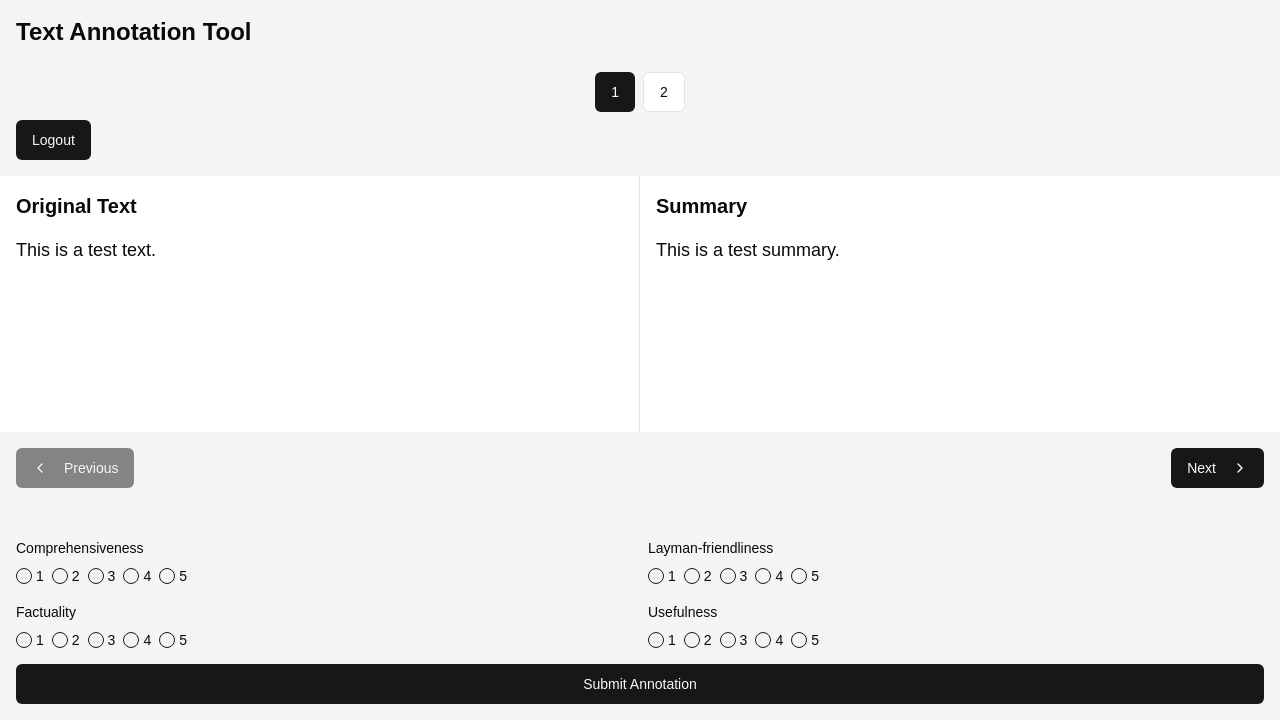
Repository: swapnil-panigrahi/annotator-group
Page: /annotate
The author's editor kept a copy of each file at every save. The page is drawn from the files as they stood at one save, then again after the next save.
The browser window is 1280 px wide. The pictures show the whole page.
The page's requests for data from a server got no answer. The project was rebuilt for these pictures with package versions that can differ from the ones it lists, and the page was loaded fresh each time. The framework's server and built-in components were replaced by stand-ins that run in the browser. No one was signed in, and anything a server would have sent is missing. Also part of the build but not shown: next.config.mjs.

Above is the page before, as saved 2025-02-07 22:03:49.

### app/layout.tsx
import type { Metadata } from 'next'
import './globals.css'

export const metadata: Metadata = {
  title: 'Annotator',
  description: '',
}

export default function RootLayout({
  children,
}: Readonly<{
  children: React.ReactNode
}>) {
  return (
    <html lang="en">
      <body>{children}</body>
    </html>
  )
}

### components/ui/progress.tsx
"use client"

import * as React from "react"
import * as ProgressPrimitive from "@radix-ui/react-progress"

import { cn } from "@/lib/utils"

const Progress = React.forwardRef<
  React.ElementRef<typeof ProgressPrimitive.Root>,
  React.ComponentPropsWithoutRef<typeof ProgressPrimitive.Root>
>(({ className, value, ...props }, ref) => (
  <ProgressPrimitive.Root
    ref={ref}
    className={cn(
      "relative h-4 w-full overflow-hidden rounded-full bg-secondary",
      className
    )}
    {...props}
  >
    <ProgressPrimitive.Indicator
      className="h-full w-full flex-1 bg-primary transition-all"
      style={{ transform: `translateX(-${100 - (value || 0)}%)` }}
    />
  </ProgressPrimitive.Root>
))
Progress.displayName = ProgressPrimitive.Root.displayName

export { Progress }

### components/ui/button.tsx
import * as React from "react"
import { Slot } from "@radix-ui/react-slot"
import { cva, type VariantProps } from "class-variance-authority"

import { cn } from "@/lib/utils"

const buttonVariants = cva(
  "inline-flex items-center justify-center gap-2 whitespace-nowrap rounded-md text-sm font-medium ring-offset-background transition-colors focus-visible:outline-none focus-visible:ring-2 focus-visible:ring-ring focus-visible:ring-offset-2 disabled:pointer-events-none disabled:opacity-50 [&_svg]:pointer-events-none [&_svg]:size-4 [&_svg]:shrink-0",
  {
    variants: {
      variant: {
        default: "bg-primary text-primary-foreground hover:bg-primary/90",
        destructive:
          "bg-destructive text-destructive-foreground hover:bg-destructive/90",
        outline:
          "border border-input bg-background hover:bg-accent hover:text-accent-foreground",
        secondary:
          "bg-secondary text-secondary-foreground hover:bg-secondary/80",
        ghost: "hover:bg-accent hover:text-accent-foreground",
        link: "text-primary underline-offset-4 hover:underline",
      },
      size: {
        default: "h-10 px-4 py-2",
        sm: "h-9 rounded-md px-3",
        lg: "h-11 rounded-md px-8",
        icon: "h-10 w-10",
      },
    },
    defaultVariants: {
      variant: "default",
      size: "default",
    },
  }
)

export interface ButtonProps
  extends React.ButtonHTMLAttributes<HTMLButtonElement>,
    VariantProps<typeof buttonVariants> {
  asChild?: boolean
}

const Button = React.forwardRef<HTMLButtonElement, ButtonProps>(
  ({ className, variant, size, asChild = false, ...props }, ref) => {
    const Comp = asChild ? Slot : "button"
    return (
      <Comp
        className={cn(buttonVariants({ variant, size, className }))}
        ref={ref}
        {...props}
      />
    )
  }
)
Button.displayName = "Button"

export { Button, buttonVariants }

### app/components/TextDisplay.tsx
interface TextDisplayProps {
  text: string
}

export default function TextDisplay({ text }: TextDisplayProps) {
  return (
    <div>
      <h2 className="text-xl font-semibold mb-4">Original Text</h2>
      <p className="text-lg leading-relaxed">{text}</p>
    </div>
  )
}

### app/components/SummaryDisplay.tsx
interface SummaryDisplayProps {
  summary: string
}

export default function SummaryDisplay({ summary }: SummaryDisplayProps) {
  return (
    <div>
      <h2 className="text-xl font-semibold mb-4">Summary</h2>
      <p className="text-lg leading-relaxed">{summary}</p>
    </div>
  )
}

### app/components/AnnotationForm.tsx
"use client"

import { useState, useEffect, useCallback } from "react"
import { Button } from "@/components/ui/button"
import { Label } from "@/components/ui/label"
import { RadioGroup, RadioGroupItem } from "@/components/ui/radio-group"

interface AnnotationFormProps {
  textId: string
  onAnnotationChange: (annotation: typeof initialState) => void
  initialAnnotation: typeof initialState
}

interface AspectRating {
  name: string
  stateKey: keyof typeof initialState
  label: string
}

const initialState = {
  comprehensiveness: 0,
  laymanFriendliness: 0,
  factuality: 0,
  usefulness: 0,
}

const aspects: AspectRating[] = [
  { name: "Comprehensiveness", stateKey: "comprehensiveness", label: "Comprehensiveness" },
  { name: "LaymanFriendliness", stateKey: "laymanFriendliness", label: "Layman-friendliness" },
  { name: "Factuality", stateKey: "factuality", label: "Factuality" },
  { name: "Usefulness", stateKey: "usefulness", label: "Usefulness" },
]

export default function AnnotationForm({ textId, onAnnotationChange, initialAnnotation }: AnnotationFormProps) {
  const [ratings, setRatings] = useState(initialAnnotation)

  useEffect(() => {
    setRatings(initialAnnotation)
  }, [initialAnnotation])

  const handleRatingChange = useCallback(
    (aspect: keyof typeof initialState, rating: number) => {
      setRatings((prev) => {
        const newRatings = { ...prev, [aspect]: rating }
        onAnnotationChange(newRatings)
        return newRatings
      })
    },
    [onAnnotationChange],
  )

  const handleSubmit = async (e: React.FormEvent) => {
    e.preventDefault()
    try {
      const response = await fetch("http://localhost:5000/api/annotate", {
        method: "POST",
        headers: {
          "Content-Type": "application/json",
        },
        body: JSON.stringify({
          textId,
          ...ratings,
        }),
      })
      if (response.ok) {
        alert("Annotation submitted successfully!")
      } else {
        throw new Error("Failed to submit annotation")
      }
    } catch (error) {
      console.error("Error submitting annotation:", error)
      alert("Failed to submit annotation. Please try again.")
    }
  }

  return (
    <form onSubmit={handleSubmit} className="space-y-4">
      <div className="grid grid-cols-1 md:grid-cols-2 gap-4">
        {aspects.map((aspect) => (
          <div key={aspect.name} className="space-y-2">
            <Label>{aspect.label}</Label>
            <RadioGroup
              onValueChange={(value) => handleRatingChange(aspect.stateKey, Number(value))}
              value={ratings[aspect.stateKey].toString()}
            >
              <div className="flex space-x-2">
                {[1, 2, 3, 4, 5].map((rating) => (
                  <div key={rating} className="flex items-center space-x-1">
                    <RadioGroupItem value={rating.toString()} id={`${aspect.name}-${rating}`} />
                    <Label htmlFor={`${aspect.name}-${rating}`}>{rating}</Label>
                  </div>
                ))}
              </div>
            </RadioGroup>
          </div>
        ))}
      </div>
      <Button type="submit" className="w-full">
        Submit Annotation
      </Button>
    </form>
  )
}

### app/components/NavigationBar.tsx
import { Button } from "@/components/ui/button"

interface NavigationBarProps {
  currentIndex: number
  totalItems: number
  onNavigate: (index: number) => void
}

export default function NavigationBar({ currentIndex, totalItems, onNavigate }: NavigationBarProps) {
  return (
    <div className="flex justify-center space-x-2 overflow-x-auto py-2">
      {Array.from({ length: totalItems }, (_, i) => (
        <Button
          key={i}
          variant={i === currentIndex ? "default" : "outline"}
          onClick={() => onNavigate(i)}
          className="min-w-[2.5rem]"
        >
          {i + 1}
        </Button>
      ))}
    </div>
  )
}

### app/actions/auth.ts
"use server"

import { cookies } from "next/headers"
import prisma from "@/lib/prisma"
import bcrypt from "bcryptjs"
import { z } from "zod"

const UserSchema = z.object({
  email: z.string().email(),
  password: z.string().min(6),
  name: z.string().min(2),
})

export async function login(email: string, password: string) {
  try {
    const user = await prisma.user.findUnique({
      where: { email },
      select: {
        id: true,
        email: true,
        password: true,
        name: true,
      },
    })

    if (!user) {
      return { success: false, error: "Invalid email or password" }
    }

    const passwordMatch = await bcrypt.compare(password, user.password)
    if (!passwordMatch) {
      return { success: false, error: "Invalid email or password" }
    }

    // Don't include password in the cookie
    const userWithoutPassword = {
      id: user.id,
      email: user.email,
      name: user.name,
    }

    cookies().set("user", JSON.stringify(userWithoutPassword), {
      httpOnly: true,
      secure: process.env.NODE_ENV === "production",
      sameSite: "strict",
      maxAge: 60 * 60 * 24 * 7, // 1 week
    })

    return { success: true, user: userWithoutPassword }
  } catch (error) {
    console.error("Login error:", error)
    return { success: false, error: "An error occurred during login" }
  }
}

export async function signup(email: string, password: string, name: string) {
  try {
    const validatedData = UserSchema.parse({ email, password, name })

    const existingUser = await prisma.user.findUnique({
      where: { email: validatedData.email },
    })

    if (existingUser) {
      return { success: false, error: "Email already exists" }
    }

    const hashedPassword = await bcrypt.hash(validatedData.password, 10)

    const user = await prisma.user.create({
      data: {
        email: validatedData.email,
        password: hashedPassword,
        name: validatedData.name,
      },
      select: {
        id: true,
        email: true,
        name: true,
      },
    })

    cookies().set("user", JSON.stringify(user), {
      httpOnly: true,
      secure: process.env.NODE_ENV === "production",
      sameSite: "lax",
      maxAge: 60 * 60 * 24 * 7, // 1 week
    })

    return { success: true, user }
  } catch (error) {
    if (error instanceof z.ZodError) {
      return { success: false, error: error.errors[0].message }
    }
    console.error("Signup error:", error)
    return { success: false, error: "An error occurred during signup" }
  }
}

export async function logout() {
  cookies().delete("user")
  return { success: true }
}

export async function getUser() {
  const userCookie = cookies().get("user")
  if (!userCookie) return null

  try {
    return JSON.parse(userCookie.value)
  } catch {
    return null
  }
}

### app/utils/googleSheets.ts
import { getUser } from "../actions/auth"

const API_KEY = process.env.NEXT_PUBLIC_GOOGLE_SHEETS_API_KEY || "YOUR_DUMMY_API_KEY"
const SHEET_ID = process.env.NEXT_PUBLIC_GOOGLE_SHEET_ID || "YOUR_DUMMY_SHEET_ID"

interface SheetData {
  id: string
  text: string
  summary: string
}

export async function fetchSheetData(): Promise<SheetData[]> {
  const user = await getUser()
  if (!user) throw new Error("User not authenticated")

  const sheetName = getCategorySheetName(user.category)
  const url = `https://sheets.googleapis.com/v4/spreadsheets/${SHEET_ID}/values/${sheetName}?key=${API_KEY}`

  const response = await fetch(url)
  if (!response.ok) throw new Error("Failed to fetch sheet data")

  const data = await response.json()
  return parseSheetData(data.values)
}

function getCategorySheetName(category: string): string {
  switch (category) {
    case "expert":
      return "ExpertSummaries"
    case "researcher":
      return "ResearcherSummaries"
    case "pre-med":
      return "PreMedSummaries"
    case "layman":
      return "LaymanSummaries"
    default:
      return "GeneralSummaries"
  }
}

function parseSheetData(values: string[][]): SheetData[] {
  // Assuming the sheet has columns: ID, Original Text, Summary
  return values.slice(1).map((row) => ({
    id: row[0],
    text: row[1],
    summary: row[2],
  }))
}

### components/ui/label.tsx
"use client"

import * as React from "react"
import * as LabelPrimitive from "@radix-ui/react-label"
import { cva, type VariantProps } from "class-variance-authority"

import { cn } from "@/lib/utils"

const labelVariants = cva(
  "text-sm font-medium leading-none peer-disabled:cursor-not-allowed peer-disabled:opacity-70"
)

const Label = React.forwardRef<
  React.ElementRef<typeof LabelPrimitive.Root>,
  React.ComponentPropsWithoutRef<typeof LabelPrimitive.Root> &
    VariantProps<typeof labelVariants>
>(({ className, ...props }, ref) => (
  <LabelPrimitive.Root
    ref={ref}
    className={cn(labelVariants(), className)}
    {...props}
  />
))
Label.displayName = LabelPrimitive.Root.displayName

export { Label }

### components/ui/radio-group.tsx
"use client"

import * as React from "react"
import * as RadioGroupPrimitive from "@radix-ui/react-radio-group"
import { Circle } from "lucide-react"

import { cn } from "@/lib/utils"

const RadioGroup = React.forwardRef<
  React.ElementRef<typeof RadioGroupPrimitive.Root>,
  React.ComponentPropsWithoutRef<typeof RadioGroupPrimitive.Root>
>(({ className, ...props }, ref) => {
  return (
    <RadioGroupPrimitive.Root
      className={cn("grid gap-2", className)}
      {...props}
      ref={ref}
    />
  )
})
RadioGroup.displayName = RadioGroupPrimitive.Root.displayName

const RadioGroupItem = React.forwardRef<
  React.ElementRef<typeof RadioGroupPrimitive.Item>,
  React.ComponentPropsWithoutRef<typeof RadioGroupPrimitive.Item>
>(({ className, ...props }, ref) => {
  return (
    <RadioGroupPrimitive.Item
      ref={ref}
      className={cn(
        "aspect-square h-4 w-4 rounded-full border border-primary text-primary ring-offset-background focus:outline-none focus-visible:ring-2 focus-visible:ring-ring focus-visible:ring-offset-2 disabled:cursor-not-allowed disabled:opacity-50",
        className
      )}
      {...props}
    >
      <RadioGroupPrimitive.Indicator className="flex items-center justify-center">
        <Circle className="h-2.5 w-2.5 fill-current text-current" />
      </RadioGroupPrimitive.Indicator>
    </RadioGroupPrimitive.Item>
  )
})
RadioGroupItem.displayName = RadioGroupPrimitive.Item.displayName

export { RadioGroup, RadioGroupItem }

### components/ui/tooltip.tsx
"use client"

import * as React from "react"
import * as TooltipPrimitive from "@radix-ui/react-tooltip"

import { cn } from "@/lib/utils"

const TooltipProvider = TooltipPrimitive.Provider

const Tooltip = TooltipPrimitive.Root

const TooltipTrigger = TooltipPrimitive.Trigger

const TooltipContent = React.forwardRef<
  React.ElementRef<typeof TooltipPrimitive.Content>,
  React.ComponentPropsWithoutRef<typeof TooltipPrimitive.Content>
>(({ className, sideOffset = 4, ...props }, ref) => (
  <TooltipPrimitive.Content
    ref={ref}
    sideOffset={sideOffset}
    className={cn(
      "z-50 overflow-hidden rounded-md border bg-popover px-3 py-1.5 text-sm text-popover-foreground shadow-md animate-in fade-in-0 zoom-in-95 data-[state=closed]:animate-out data-[state=closed]:fade-out-0 data-[state=closed]:zoom-out-95 data-[side=bottom]:slide-in-from-top-2 data-[side=left]:slide-in-from-right-2 data-[side=right]:slide-in-from-left-2 data-[side=top]:slide-in-from-bottom-2",
      className
    )}
    {...props}
  />
))
TooltipContent.displayName = TooltipPrimitive.Content.displayName

export { Tooltip, TooltipTrigger, TooltipContent, TooltipProvider }

Loaded but not shown: app/globals.css (common file); lib/utils.ts (common file); lib/prisma.ts (common file); tailwind.config.ts (common file); app/annotate/page.tsx (162 lines, source omitted)

After the next save:
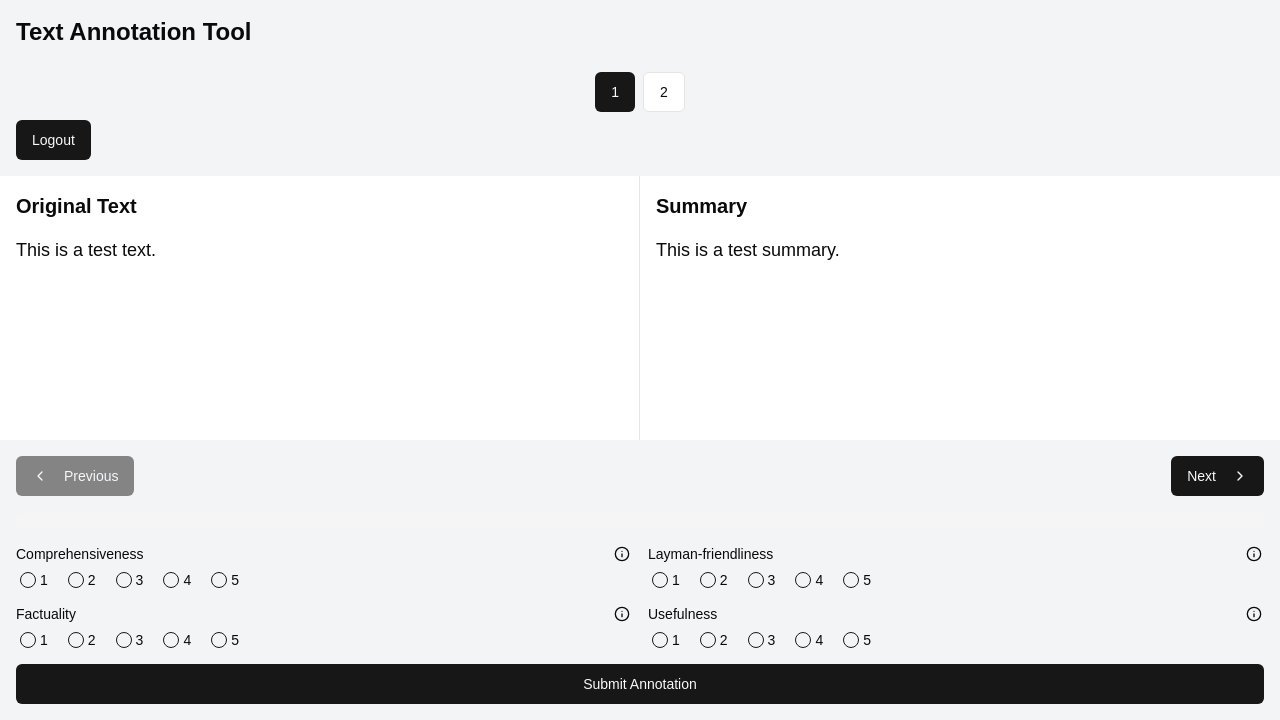
Saved 87 min 41 s later.
--- a/app/components/AnnotationForm.tsx
+++ b/app/components/AnnotationForm.tsx
@@ -4,6 +4,9 @@ import { useState, useEffect, useCallback } from "react"
 import { Button } from "@/components/ui/button"
 import { Label } from "@/components/ui/label"
 import { RadioGroup, RadioGroupItem } from "@/components/ui/radio-group"
+import { InfoIcon as InfoCircle } from "lucide-react"
+import { Tooltip, TooltipContent, TooltipProvider, TooltipTrigger } from "@/components/ui/tooltip"
+import type React from "react"
 
 interface AnnotationFormProps {
   textId: string
@@ -15,6 +18,7 @@ interface AspectRating {
   name: string
   stateKey: keyof typeof initialState
   label: string
+  description: string
 }
 
 const initialState = {
@@ -25,10 +29,30 @@ const initialState = {
 }
 
 const aspects: AspectRating[] = [
-  { name: "Comprehensiveness", stateKey: "comprehensiveness", label: "Comprehensiveness" },
-  { name: "LaymanFriendliness", stateKey: "laymanFriendliness", label: "Layman-friendliness" },
-  { name: "Factuality", stateKey: "factuality", label: "Factuality" },
-  { name: "Usefulness", stateKey: "usefulness", label: "Usefulness" },
+  {
+    name: "Comprehensiveness",
+    stateKey: "comprehensiveness",
+    label: "Comprehensiveness",
+    description: "How well does the summary cover all the main points of the original text?",
+  },
+  {
+    name: "LaymanFriendliness",
+    stateKey: "laymanFriendliness",
+    label: "Layman-friendliness",
+    description: "How easy is it for a non-expert to understand the summary?",
+  },
+  {
+    name: "Factuality",
+    stateKey: "factuality",
+    label: "Factuality",
+    description: "How accurately does the summary represent the facts from the original text?",
+  },
+  {
+    name: "Usefulness",
+    stateKey: "usefulness",
+    label: "Usefulness",
+    description: "How valuable is this summary for understanding the key points of the original text?",
+  },
 ]
 
 export default function AnnotationForm({ textId, onAnnotationChange, initialAnnotation }: AnnotationFormProps) {
@@ -51,25 +75,27 @@ export default function AnnotationForm({ textId, onAnnotationChange, initialAnno
 
   const handleSubmit = async (e: React.FormEvent) => {
     e.preventDefault()
-    try {
-      const response = await fetch("http://localhost:5000/api/annotate", {
-        method: "POST",
-        headers: {
-          "Content-Type": "application/json",
-        },
-        body: JSON.stringify({
-          textId,
-          ...ratings,
-        }),
-      })
-      if (response.ok) {
-        alert("Annotation submitted successfully!")
-      } else {
-        throw new Error("Failed to submit annotation")
+    if (confirm("Are you sure you want to submit this annotation?")) {
+      try {
+        const response = await fetch("http://localhost:5000/api/annotate", {
+          method: "POST",
+          headers: {
+            "Content-Type": "application/json",
+          },
+          body: JSON.stringify({
+            textId,
+            ...ratings,
+          }),
+        })
+        if (response.ok) {
+          alert("Annotation submitted successfully!")
+        } else {
+          throw new Error("Failed to submit annotation")
+        }
+      } catch (error) {
+        console.error("Error submitting annotation:", error)
+        alert("Failed to submit annotation. Please try again.")
       }
-    } catch (error) {
-      console.error("Error submitting annotation:", error)
-      alert("Failed to submit annotation. Please try again.")
     }
   }
 
@@ -78,19 +104,35 @@ export default function AnnotationForm({ textId, onAnnotationChange, initialAnno
       <div className="grid grid-cols-1 md:grid-cols-2 gap-4">
         {aspects.map((aspect) => (
           <div key={aspect.name} className="space-y-2">
-            <Label>{aspect.label}</Label>
+            <div className="flex items-center justify-between">
+              <Label>{aspect.label}</Label>
+              <TooltipProvider>
+                <Tooltip delayDuration={300}>
+                  <TooltipTrigger asChild>
+                    <Button variant="ghost" size="icon" className="h-5 w-5" type="button">
+                      <InfoCircle className="h-4 w-4" />
+                      <span className="sr-only">Info</span>
+                    </Button>
+                  </TooltipTrigger>
+                  <TooltipContent>
+                    <p>{aspect.description}</p>
+                  </TooltipContent>
+                </Tooltip>
+              </TooltipProvider>
+            </div>
             <RadioGroup
               onValueChange={(value) => handleRatingChange(aspect.stateKey, Number(value))}
               value={ratings[aspect.stateKey].toString()}
+              className="flex justify-start space-x-1 px-1"
             >
-              <div className="flex space-x-2">
-                {[1, 2, 3, 4, 5].map((rating) => (
-                  <div key={rating} className="flex items-center space-x-1">
-                    <RadioGroupItem value={rating.toString()} id={`${aspect.name}-${rating}`} />
-                    <Label htmlFor={`${aspect.name}-${rating}`}>{rating}</Label>
-                  </div>
-                ))}
-              </div>
+              {[1, 2, 3, 4, 5].map((rating) => (
+                <div key={rating} className="flex items-center">
+                  <RadioGroupItem value={rating.toString()} id={`${aspect.name}-${rating}`} />
+                  <Label htmlFor={`${aspect.name}-${rating}`} className="ml-1 mr-2">
+                    {rating}
+                  </Label>
+                </div>
+              ))}
             </RadioGroup>
           </div>
         ))}
